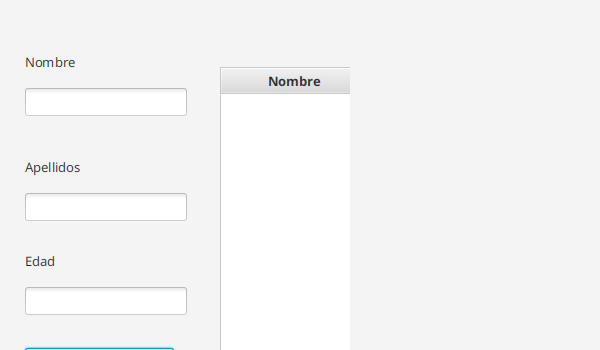
Repository: anxoportela/PROG
Program's window: java Java_Interfaz/ProyectoJavaFX/src/com/acarballeira/javaFX/ejemplo12/App.java
These files come from the project's save history. The program's window is drawn as it stood at one moment and after the next save; the edit follows.
It runs on Java 21 on a 1366 x 768 screen with JavaFX 11; the title bar is not drawn.

Above is the program's window before, as saved 2020-03-10 19:00:32.

After the next save:
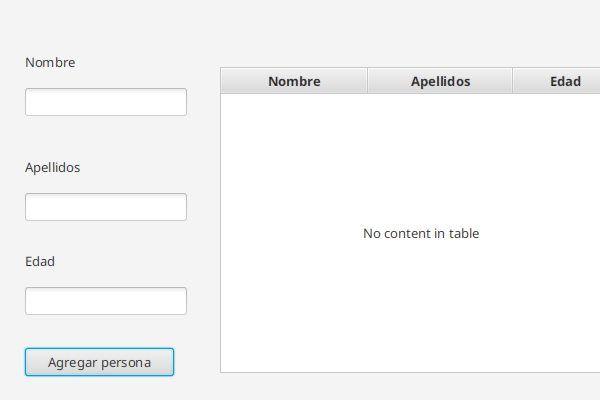
Saved 2 min 3 s later.
--- a/Java_Interfaz/ProyectoJavaFX/src/com/acarballeira/javaFX/ejemplo12/App.java
+++ b/Java_Interfaz/ProyectoJavaFX/src/com/acarballeira/javaFX/ejemplo12/App.java
@@ -28,7 +28,7 @@
 				ventanaPane = null;
 			}
 
-			Scene primaryScene = new Scene(ventanaPane, 350, 350);
+			Scene primaryScene = new Scene(ventanaPane, 600, 400);
 			primaryStage.setScene(primaryScene);
 			primaryStage.show();
 
